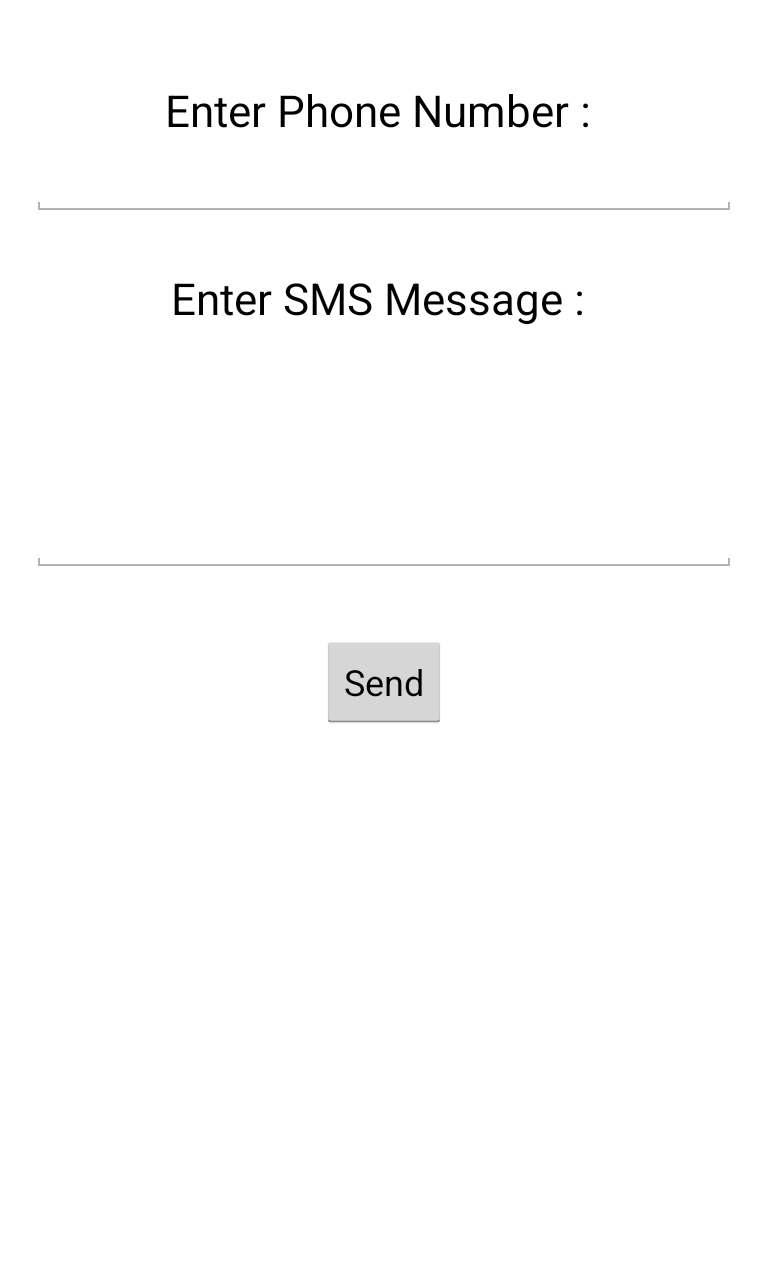
Repository: maya-alba/BasicInterface
Layout: SendSMS/res/layout/send_layout.xml
The author's editor kept a copy of each file at every save. The layout is drawn from the files as they stood at one save, then again after the next save.
It is drawn on a 768 x 1280 px phone screen (xhdpi) without system bars, with theme AppTheme; the app's code is not run.

Above is the layout before, as saved 2014-03-23 03:55:20.

### SendSMS/res/layout/send_layout.xml
<?xml version="1.0" encoding="utf-8"?>
<LinearLayout xmlns:android="http://schemas.android.com/apk/res/android"
    android:id="@+id/linearLayout1"
    android:layout_width="fill_parent"
    android:layout_height="fill_parent"
    android:orientation="vertical" >

    <TextView
        android:id="@+id/textViewPhoneNo"
        android:layout_width="wrap_content"
        android:layout_height="wrap_content"
        android:layout_gravity="center_horizontal"
        android:layout_marginTop="40dp"
        android:text="Enter Phone Number : "
        android:textAppearance="?android:attr/textAppearanceLarge" />

    <EditText
        android:id="@+id/editTextPhoneNo"
        android:layout_width="fill_parent"
        android:layout_height="wrap_content"
        android:layout_gravity="center_horizontal"
        android:layout_marginLeft="15dp"
        android:layout_marginRight="15dp"
        android:phoneNumber="true" >
    </EditText>

    <TextView
        android:id="@+id/textViewSMS"
        android:layout_width="wrap_content"
        android:layout_height="wrap_content"
        android:layout_gravity="center_horizontal"
        android:layout_marginTop="25dp"
        android:text="Enter SMS Message : "
        android:textAppearance="?android:attr/textAppearanceLarge" />

    <EditText
        android:id="@+id/editTextSMS"
        android:layout_width="fill_parent"
        android:layout_height="wrap_content"
        android:layout_gravity="center_horizontal"
        android:layout_marginLeft="15dp"
        android:layout_marginRight="15dp"
        android:inputType="textMultiLine"
        android:lines="5"
        android:gravity="top" />

    <Button
        android:id="@+id/buttonSend"
        android:layout_width="wrap_content"
        android:layout_height="wrap_content"
        android:layout_gravity="center_horizontal"
        android:layout_marginTop="30dp"
        android:text="Send" />

</LinearLayout>

Loaded but not shown: SendSMS/res/values/styles.xml (common file); SendSMS/res/values-v11/styles.xml (common file); SendSMS/res/values-v14/styles.xml (common file)

After the next save:
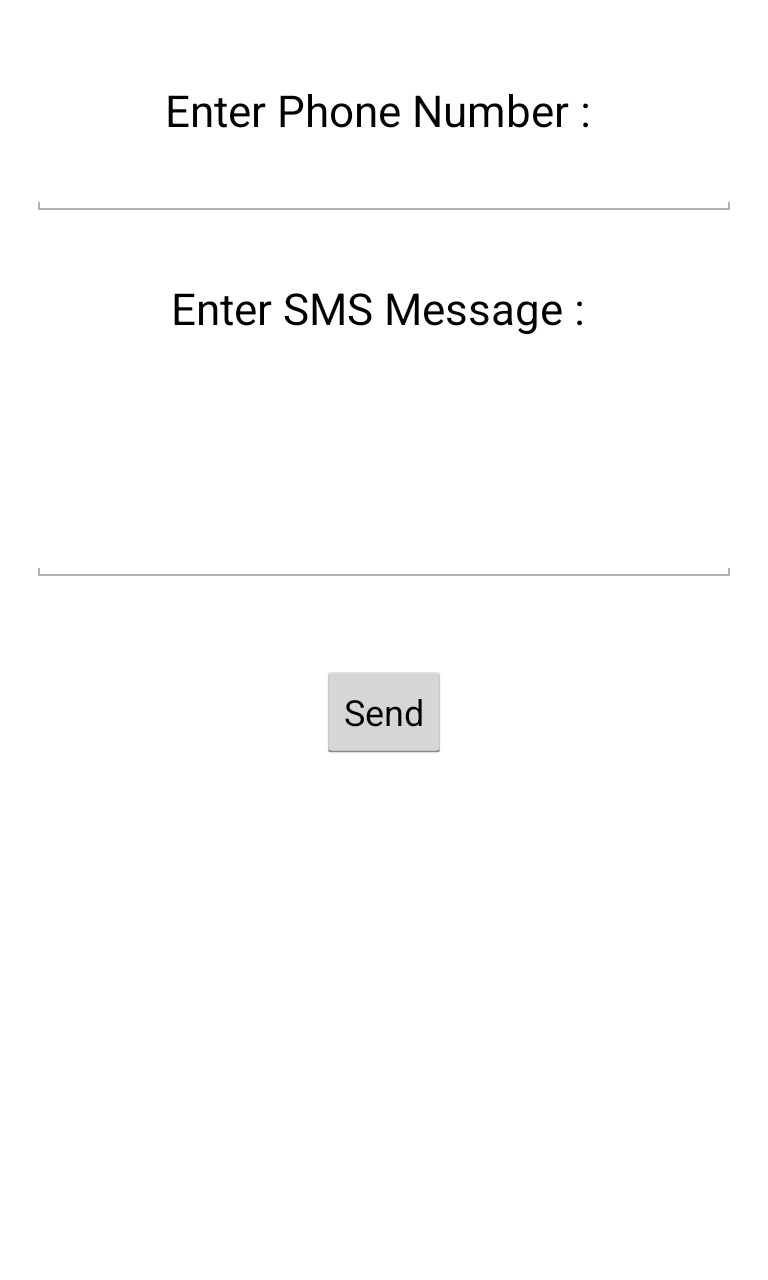
Saved 14 s later.
--- a/SendSMS/res/layout/send_layout.xml
+++ b/SendSMS/res/layout/send_layout.xml
@@ -29,7 +29,7 @@
         android:layout_width="wrap_content"
         android:layout_height="wrap_content"
         android:layout_gravity="center_horizontal"
-        android:layout_marginTop="25dp"
+        android:layout_marginTop="30dp"
         android:text="Enter SMS Message : "
         android:textAppearance="?android:attr/textAppearanceLarge" />
 
@@ -49,7 +49,7 @@
         android:layout_width="wrap_content"
         android:layout_height="wrap_content"
         android:layout_gravity="center_horizontal"
-        android:layout_marginTop="30dp"
+        android:layout_marginTop="40dp"
         android:text="Send" />
 
 </LinearLayout>
